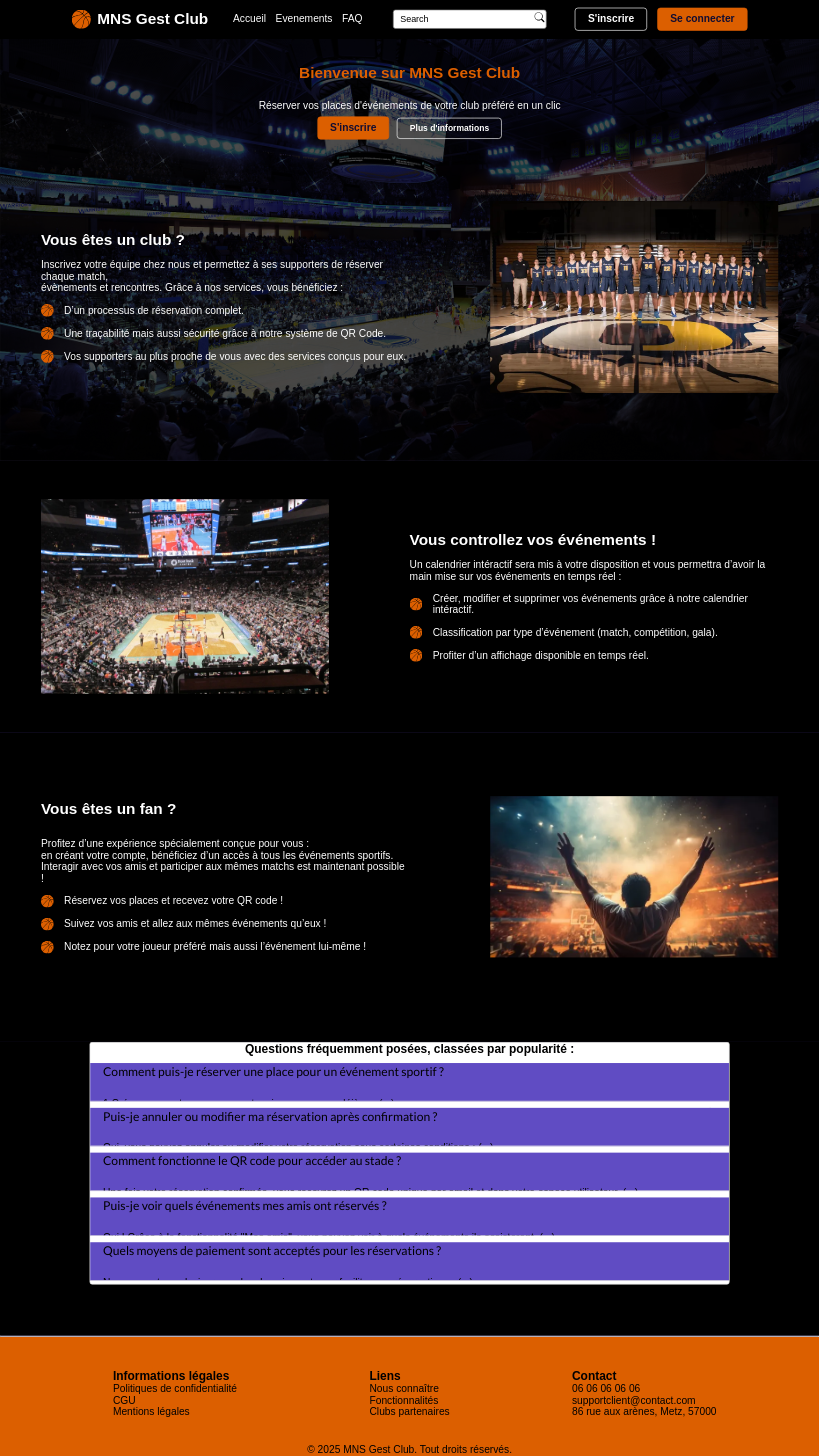
Repository: Sgrini/projetfilrouge
Page: http://localhost/
These files come from the project's save history. The page is drawn as it stood at one moment and after the next save; the edit follows.
The browser window is 1280 px wide. The pictures show the whole page, at 64% of full size.
Some web fonts or font styles are not loaded; a fallback is used. The page is run by PHP 8.4 with error messages shown; the project is at /var/www/html/.

Above is the page before, as saved 2025-05-07 11:47:12.

### index.php
<?php require_once $_SERVER['DOCUMENT_ROOT'] . '/admin/include/auth.php';
?>


<!DOCTYPE html>
<html lang="fr">

<head>
  <meta charset="UTF-8" />
  <meta name="viewport" content="width=device-width, initial-scale=1.0" />
  <link rel="stylesheet" href="https://cdnjs.cloudflare.com/ajax/libs/font-awesome/6.7.2/css/all.min.css" />
  <link rel="stylesheet" href="/style/main.css" />
  <title>MNS Gest Club</title>
</head>

<body>
  <!-- HEADER: Barre de navigation principale -->
  <header>
    <div class="container">
      <div class="navbar">
        <div class="logo">
          <img src="./img/basketballicon.svg" alt="basket icon" />
          <a href="index.html">MNS Gest Club</a>
        </div>
        <div class="navbar__main">
          <ul class="links">
            <li><a class="nav__link" href="index.php">Accueil</a></li>
            <li><a class="nav__link" href="events.php">Evenements</a></li>
            <li><a class="nav__link" href="#foire_aux_questions">FAQ</a></li>
          </ul>
          <!-- Champ de recherche -->
          <div class="search">
            <input placeholder="Search" class="navbar__input" type="text" />
            <button class="navbar__button">
              <svg viewBox="0 0 16 16" class="bi bi-search" fill="currentColor" height="16" width="16"
                xmlns="http://www.w3.org/2000/svg">
                <path
                  d="M11.742 10.344a6.5 6.5 0 1 0-1.397 1.398h-.001q.044.06.098.115l3.85 3.85a1 1 0 0 0 1.415-1.414l-3.85-3.85a1 1 0 0 0-.115-.1zM12 6.5a5.5 5.5 0 1 1-11 0 5.5 5.5 0 0 1 11 0">
                </path>
              </svg>
            </button>
          </div>
          <!-- Boutons d'inscription et de connexion -->
          <div class="buttons">
            <?php if (!isset($_SESSION['utilisateur_id'])): ?>

              <a href="signup.php" class="action-button pro">S'inscrire</a>
              <a href="/admin/login.php" class="action-button">Se connecter</a>
            <?php else: ?>
              <a href="/admin/logout.php" class="action-button">Se déconnecter</a>
            <?php endif; ?>
          </div>
        </div>
      </div>
      <div class="burger-menu">
        <div class="burger-menu__nav">
          <a class="burger__logo">
            <img src="./img/basketballicon.svg" alt="" />
          </a>
          <div class="burger__btn">
            <i class="fa-solid fa-bars"></i>
          </div>
        </div>
        <ul class="burger-menu__links">
          <li><a href="index.html">Accueil</a></li>
          <li><a href="events.html">Evenements</a></li>
          <li><a href="about">Coach</a></li>
          <li><a href="contact">Communauté</a></li>
          <div class="divider"></div>
          <div class="buttons-burger-menu open">
            <a href="signup.html" class="action-button pro">S'inscrire</a>
            <a href="login.html" class="action-button">Se connecter</a>
          </div>
        </ul>
      </div>
    </div>
  </header>
  <!-- SECTION HERO: Introduction du site -->
  <section class="hero">
    <div class="hero__overlay"></div>
    <!-- Effet de contraste -->
    <div class="hero__header">
      <h1>Bienvenue sur MNS Gest Club</h1>
      <div class="hero__header-text">
        <p>
          Réserver vos places d'événements de votre club préféré en un clic
        </p>
      </div>
      <div class="hero__header-cta">
        <?php if (!isset($_SESSION['utilisateur_id'])): ?>

          <button class="btn btn-signup">S'inscrire</button>
          <button class="action-button pro">Plus d'informations</button>
        <?php else: ?>
          <a href="events.php" class="action-button">Voir les événements</a>
        <?php endif; ?>
      </div>
    </div>
    <!-- SECTION CLUB: Inscription des clubs -->
    <div class="hero__main">
      <div class="hero__main-left">
        <h2>Vous êtes un club ?</h2>
        <p>
          Inscrivez votre équipe chez nous et permettez à ses supporters de
          réserver chaque match,<br />évènements et rencontres. Grâce à nos
          services, vous bénéficiez :
        </p>
        <ul class="hero__main-left-list">
          <li>
            <img src="/img/basketballicon.svg" alt="Basket icon" />
            <p>D’un processus de réservation complet.</p>
          </li>
          <li>
            <img src="/img/basketballicon.svg" alt="Basket icon" />
            <p>
              Une traçabilité mais aussi sécurité grâce à notre système de QR
              Code.
            </p>
          </li>
          <li>
            <img src="/img/basketballicon.svg" alt="Basket icon" />
            <p>
              Vos supporters au plus proche de vous avec des services conçus
              pour eux.
            </p>
          </li>
        </ul>
      </div>
      <div class="hero__main-right">
        <img src="/img/basketclub.webp" alt="" />
      </div>
    </div>
  </section>
  <!-- SECTION ÉVÉNEMENTS: Gestion des événements -->
  <section class="features">
    <div class="features__main">
      <div class="features__main-left">
        <img src="/img/basketevents.webp" alt="" />
      </div>
      <div class="features__main-right">
        <h2>Vous controllez vos événements !</h2>
        <p>
          Un calendrier intéractif sera mis à votre disposition et vous
          permettra d’avoir la main mise sur vos événements en temps réel :
        </p>
        <ul class="features__main-right-list">
          <li>
            <img src="/img/basketballicon.svg" alt="Basket icon" />
            <p>
              Créer, modifier et supprimer vos événements grâce à notre
              calendrier intéractif.
            </p>
          </li>
          <li>
            <img src="/img/basketballicon.svg" alt="Basket icon" />
            <p>
              Classification par type d’événement (match, compétition, gala).
            </p>
          </li>
          <li>
            <img src="/img/basketballicon.svg" alt="Basket icon" />
            <p>Profiter d’un affichage disponible en temps réel.</p>
          </li>
        </ul>
      </div>
    </div>
  </section>
  <!-- SECTION FAN: Fonctionnalités pour les supporters -->
  <section class="last__section">
    <div class="last__main">
      <div class="last__main-left">
        <h2>Vous êtes un fan ?</h2>
        <p></p>
        <ul class="last__main-left-list">
          <li>
            <p>
              Profitez d’une expérience spécialement conçue pour vous : <br />
              en créant votre compte, bénéficiez d’un accès à tous les
              événements sportifs. <br />
              Interagir avec vos amis et participer aux mêmes matchs est
              maintenant possible !
            </p>
          </li>
          <li>
            <img src="/img/basketballicon.svg" alt="Basket icon" />
            <p>Réservez vos places et recevez votre QR code !</p>
          </li>
          <li>
            <img src="/img/basketballicon.svg" alt="Basket icon" />
            <p>Suivez vos amis et allez aux mêmes événements qu’eux !</p>
          </li>
          <li>
            <img src="/img/basketballicon.svg" alt="Basket icon" />
            <p>
              Notez pour votre joueur préféré mais aussi l’événement lui-même
              !
            </p>
          </li>
        </ul>
      </div>
      <div class="last__main-right">
        <img src="/img/basketfan.webp" alt="calendrier" />
      </div>
    </div>
  </section>
  <!-- SECTION FAQ: Questions fréquentes -->
  <section id="foire_aux_questions" class="section__faq">
    <div class="faq">
      <h3>Questions fréquemment posées, classées par popularité :</h3>
      <input id="faq-a" type="checkbox" />
      <label for="faq-a">
        <p class="faq-heading">
          Comment puis-je réserver une place pour un événement sportif ?
        </p>
        <div class="faq-arrow"></div>
        <p class="faq-text">
          1.Créer un compte ou se connecter si vous en avez déjà un. (...)<br />
          2.Parcourir les événements disponibles via le calendrier
          interactif.<br />
          3.Sélectionner l’événement souhaité et consulter les places
          disponibles par catégorie (tribune, VIP, standard).<br />
          4. Choisir votre place (limité à 2 places par adhérent ).<br />
          5. Confirmer votre réservation et recevoir un email de confirmation
          avec votre QR code d’accès. <br />
          <strong>
            Le jour de l’événement, présentez votre QR code à l’entrée pour
            valider votre présence !</strong>
        </p>
      </label>
      <input id="faq-b" type="checkbox" />
      <label for="faq-b">
        <p class="faq-heading">
          Puis-je annuler ou modifier ma réservation après confirmation ?
        </p>
        <div class="faq-arrow"></div>
        <p class="faq-text">
          Oui, vous pouvez annuler ou modifier votre réservation sous
          certaines conditions : (...)<br />
          1.Annulation : Vous pouvez annuler votre réservation directement
          depuis votre espace utilisateur, dans la section "Mes réservations".
          Une confirmation vous sera envoyée par email. Attention, des délais
          d’annulation peuvent s’appliquer en fonction de l’événement.<br />
          2.Modification : Si vous souhaitez changer de place ou d’événement,
          vous devrez d’abord annuler votre réservation actuelle, puis
          effectuer une nouvelle réservation (sous réserve de
          disponibilité).<br />
          <strong>
            En cas de question, n’hésitez pas à contacter le support via
            l’application.
          </strong>
        </p>
      </label>
      <input id="faq-c" type="checkbox" />
      <label for="faq-c">
        <p class="faq-heading">
          Comment fonctionne le QR code pour accéder au stade ?
        </p>
        <div class="faq-arrow"></div>
        <p class="faq-text">
          Une fois votre réservation confirmée, vous recevrez un QR code
          unique par email et dans votre espace utilisateur. (...) <br />
          <strong> Le jour de l’événement : </strong><br />
          1.Présentez votre QR code à l’entrée du stade (sur votre téléphone
          ou imprimé). <br />
          2.Un agent ou une borne automatique scannera votre code pour valider
          votre accès. <br />
          3.Une fois validé, vous pourrez entrer et profiter du match ! <br />
          <strong>
            Ce système permet un accès rapide et sécurisé, tout en
            garantissant la traçabilité des présences.</strong>
        </p>
      </label>
      <input id="faq-d" type="checkbox" />
      <label for="faq-d">
        <p class="faq-heading">
          Puis-je voir quels événements mes amis ont réservés ?
        </p>
        <div class="faq-arrow"></div>
        <p class="faq-text">
          Oui ! Grâce à la fonctionnalité "Mes amis", vous pouvez voir à quels
          événements ils assisteront. (...) <br />
          <strong> Voici comment ça fonctionne : </strong><br />
          1.Ajoutez des amis à votre liste via leur nom d’utilisateur ou
          email.
          <br />
          2.Consultez la liste des événements auxquels ils ont réservé des
          places. <br />
          3.Réservez à votre tour pour les rejoindre et vivre l’expérience
          ensemble ! <br />
          <strong>
            Cette fonctionnalité vous permet de partager des moments sportifs
            avec vos proches et de mieux organiser vos sorties.
          </strong>
        </p>
      </label>
      <input id="faq-e" type="checkbox" />
      <label for="faq-e">
        <p class="faq-heading">
          Quels moyens de paiement sont acceptés pour les réservations ?
        </p>
        <div class="faq-arrow"></div>
        <p class="faq-text">
          Nous acceptons plusieurs modes de paiement pour faciliter vos
          réservations : (...)<br />
          1.Carte bancaire (Visa, Mastercard, etc.) <br />
          2.Paiement en ligne sécurisé via des plateformes comme PayPal ou
          Stripe <br />
          3.Portefeuilles numériques (Apple Pay, Google Pay) <br />
          4.Possibilité de paiement sur place (si disponible pour certains
          événements) <br />
          <strong>Toutes les transactions sont sécurisées et protégées selon les
            normes en vigueur. Vous recevrez une confirmation par email dès
            que votre paiement sera validé.</strong>
        </p>
      </label>
    </div>
  </section>
  <hr />
  <footer>
    <div class="footer__contenu-wrapper">
      <div class="contenu-footer">
        <div class="footer__bloc-wrapper">
          <div class="bloc">
            <h3>Informations légales</h3>
            <ul class="liste-services">
              <li><a href="#">Politiques de confidentialité</a></li>
              <li><a href="#">CGU</a></li>
              <li><a href="#">Mentions légales</a></li>
            </ul>
          </div>
        </div>
        <div class="footer__bloc-wrapper">
          <div class="bloc">
            <h3>Liens</h3>
            <ul class="liste-informations">
              <li>Nous connaître</li>
              <li>Fonctionnalités</li>
              <li>Clubs partenaires</li>
            </ul>
          </div>
        </div>
        <!-- FOOTER: Informations légales et contact -->
        <div class="footer__bloc-wrapper">
          <div class="bloc footer-contact" id="contact">
            <h3>Contact</h3>
            <ul>
              <li>06 06 06 06 06</li>
              <li>supportclient@contact.com</li>
              <li>86 rue aux arènes, Metz, 57000</li>
            </ul>
          </div>
        </div>
      </div>
      <p class="copyright">© 2025 MNS Gest Club. Tout droits réservés.</p>
    </div>
  </footer>

  <script src="script.js"></script>
</body>

</html>

### admin/include/auth.php
<?php
session_start();

// fonction pour savoir si l'utilisateur connecter
function estConnecte(): bool
{
    return isset($_SESSION['utilisateur_id']);
}
function estAdmin(): bool
{
    return estConnecte() && isset($_SESSION['role_id']) && $_SESSION['role_id'] === '1';
}

### style/main.css
@import url("./style.css");
@import url("./navbar.css");
@import url("./login.css");
@import url("./hero.css");
@import url("./features.css");
@import url("./lastsection.css");
@import url("./faq.css");
@import url("./toggle.css");
@import url("./footer.css");
@import url("./responsive.css");
@import url("./events.css");
@import url("./buttons.css");
@import url("./admin.css");
@import url("./team.css");
@import url("./sidebar.css");
@import url("./signup.css");
@import url("./shop.css");

### style/navbar.css
.navbar {
  width: 100%;
  max-width: 1440px;
  height: var(--navbar-height);
  display: flex;
  margin: 0 auto;
  justify-content: space-between;
  align-items: center;
  gap: 32px;
  background-color: rgba(0, 0, 0, 0.8);
}

.navbar__main {
  display: flex;
  justify-content: space-between;
  align-items: center;
  width: 100%;
}

.navbar__input {
  font-family: inherit;
  font-size: inherit;
  border: 1px solid #767676;
  color: #767676;
  padding: 5px 10px;
  border-radius: 4px;
  margin-right: -1.5rem;
  height: 30px;
  width: 15rem;
}

.navbar__input::-webkit-input-placeholder {
  font-weight: 400;
  /* color: #767676; */
  color: black;
  font-size: 14px;
}

.navbar__button {
  border: none;
  background-color: #fff;
  margin-top: 0.1em;
}

.navbar__button:hover {
  cursor: pointer;
}

.navbar input:focus {
  outline: none;
}

.navbar .logo {
  min-width: 220px;
  display: flex;
  justify-content: flex-start;
}
.navbar .logo a {
  font-size: 1.5rem;
  font-weight: bold;
}

.navbar .links {
  display: flex;
  gap: 2rem;
  justify-content: space-between;
  align-items: center;
}

.nav__link:hover {
  color: #dc5f00;
}

@media (max-width: 1400px) {
  .navbar {
    padding: 10px;
  }

  .navbar .links {
    gap: 15px;
  }

  .buttons {
    gap: 5px;
  }
}
@media (max-width: 1200px) {
  .navbar {
    flex-direction: column;
    align-items: center;
    gap: 10px;
  }

  .navbar .links {
    flex-direction: column;
    text-align: center;
  }

  .buttons {
    width: 100%;
    display: flex;
    justify-content: center;
  }
}

.navbar .burger-menu-bottom {
  color: #fff;
  font-size: 1.5rem;
  cursor: pointer;
  display: none;
}

### style/toggle.css
.burger-menu {
  display: none;
  /* height: 310px; */
  right: 2rem;
  width: 100%;
  background-color: rgba(0, 0, 0, 0.2);
  backdrop-filter: blur(15px);
  border-radius: 10px;
  overflow: hidden;
  transition: height 0.2s cubic-bezier(0.175, 0.885, 0.32, 1.275);
}
.burger-menu__nav {
  display: flex;
  justify-content: space-between;
  align-items: center;
  width: 100%;
  gap: 1rem;
  height: 100%;
  padding: 8px;
  position: relative;
  transition: all 0.3s ease;
}
.burger__btn i {
  color: white;
  font-size: 26px;
}
.burger .burger__logo {
  width: 100px;
  height: 30px;
}
.burger-menu__links.open {
  height: 310px;
}
.burger-menu__links {
  height: 0px;
  transition: height 0.2s ease-in-out;
}
.burger-menu li {
  padding: 0.7rem;
  display: flex;
  justify-content: center;
  align-items: center;
}

.divider {
  height: 1px;
  background-color: #fff;
  width: 80%;
  margin-left: auto;
  margin-right: auto;
  margin-bottom: 1rem;
}

.burger-menu .action-button {
  width: 80%;
  display: flex;
  justify-content: center;
  align-items: center;
}

.buttons-burger-menu {
  display: flex;
  flex-direction: column;
  justify-content: center;
  align-items: center;
  gap: 10px;
}

@media (max-width: 1200px) {
  .navbar {
    display: none;
  }
  .burger-menu {
    display: block;
  }
}

### style/footer.css
footer {
  flex-shrink: 1;
  border-top: 1px #000;
  width: 100%;
  background: var(--primary-color);
  color: black;
  z-index: 2;
}
footer h1 {
  font-size: 10vw;
  text-align: center;
  margin-top: 20px;
  color: #333;
}

.contenu {
  /* grow shrink basis */
  flex: 1 0 auto;
}

.contenu p {
  padding: 5vw 10vw;
  text-align: justify;
}

.contenu-footer {
  display: grid;
  grid-template-columns: 100%;
  justify-content: center;
  padding: 50px 0 30px;
}

.footer__contenu-wrapper {
  margin-left: 20px;
  margin-right: 20px;
}

.footer__bloc-wrapper {
  display: block;
  width: 100%;
  margin-bottom: 12px;
}

/* .bloc {
  margin-left: auto;
  margin-bottom: auto;
} */

/* contact */

.footer-contact p {
  padding: 16px 0;
}

/* Services */

.liste-services,
.liste-information {
  list-style-type: none;
  cursor: pointer;
}

.liste-services a {
  color: black;
}

.copyright {
  text-align: center;
}

@media (min-width: 576px) {
  .footer__contenu-wrapper {
    margin-left: 30px;
    margin-right: 30px;
  }
  .contenu-footer {
    grid-template-columns: repeat(2, 1fr);
  }
}

@media (min-width: 768px) {
  .footer__contenu-wrapper {
    margin-left: 60px;
    margin-right: 60px;
  }
  .contenu-footer {
    grid-template-columns: repeat(3, 1fr);
  }
  .footer__bloc-wrapper {
    display: flex;
    align-items: center;
    justify-content: center;
  }
}

@media (min-width: 992px) {
  .footer__contenu-wrapper {
    margin-left: 90px;
    margin-right: 90px;
  }
  .contenu-footer {
    grid-template-columns: repeat(3, 1fr);
  }
}

### style/responsive.css
@media (min-width: 576px) {
    .container {
        max-width: 540px;
    }
}
@media (min-width: 768px) {
    .container {
        max-width: 720px;
    }
}
@media (min-width: 992px) {
    .container {
        max-width: 960px;
    }
}
@media (min-width: 1200px) {
    .container {
        max-width: 1140px;
    }
}
@media (min-width: 1400px) {
    .container {
        max-width: 1320px;
    }
}

### style/events.css
.events__section {
  margin-top: 60px;
  padding-top: 60px;
  margin-bottom: 8rem;
}

.events__current {
  padding-top: 2rem;
  display: flex;
  flex-wrap: wrap;
}

.events__img-wrapper {
  flex: 100%;
}

@media (min-width: 992px) {
  .events__img-wrapper {
    flex: 0 0 50%;
    padding-left: 2rem;
    padding-right: 2rem;
    order: 1;
  }
}

.events__img {
  width: 100%;
}

.events__current-details {
  flex: 0 0 100%;
  margin-bottom: 2rem;
}

@media (min-width: 992px) {
  .events__current-details {
    flex: 0 0 50%;
    padding-left: 2rem;
    padding-right: 2rem;
    order: 2;
    margin-top: auto;
    margin-bottom: auto;
  }
}

.events__current-details-title {
  margin-bottom: 1rem;
  font-size: 1.8rem;
}

.events__all-button {
  background-color: white;
  color: black;
  border: 1px solid black;
  padding: 10px 20px;
  text-decoration: none;
  cursor: pointer;
  margin-top: 4rem;
}

.events__incoming-button {
  all: unset;
  text-decoration: underline;
  cursor: pointer;
}

### style/team.css
.team__wrapper {
  max-width: 780px;
  margin: auto;
  margin-top: 80px;
  margin-bottom: 90px;
  background: white;
  padding: 20px;
  border-radius: 10px;
  box-shadow: 0px 0px 10px rgba(0, 0, 0, 0.1);
  width: calc(100% - 260px);
  padding: 20px;
}

table {
  width: 100%;
  border-collapse: collapse;
  margin-top: 10px;
}
th,
td {
  border: 1px solid #ddd;
  padding: 10px;
  text-align: left;
}
th {
  background-color: #f4f4f4;
}
.gerer {
  display: flex;
  gap: 10px;
}
.card-wrapper {
  display: flex;
  gap: 20px;
  margin-top: 20px;
}
.card {
  flex: 1;
  background: white;
  padding: 15px;
  border-radius: 8px;
  box-shadow: 0px 0px 5px rgba(0, 0, 0, 0.1);
}
.add-button {
  background-color: black;
  color: white;
  padding: 10px 15px;
  border: none;
  cursor: pointer;
  border-radius: 5px;
  margin-top: 10px;
}
.add-button:hover {
  background-color: var(--primary-color);
  color: black;
  border: 1px solid #fff;
  font-size: medium;
}

### style/sidebar.css
.sidebar {
  width: 280px;
  background: #dc5f00;
  /* opacity: 80%; */
  padding: 20px;
  height: 100vh;
  left: 0;
  top: 0;
  position: fixed;
}

.sidebar h2 {
  font-size: 18px;
  margin-bottom: 20px;
  color: white;
}

.sidebar ul {
  list-style: none;
}

.sidebar ul li {
  padding: 10px 0;
  font-size: 16px;
  cursor: pointer;
  color: white;
}

.sidebar ul li:hover {
  background: #373a40;
  padding-left: 5px;
  border-radius: 10%;
}

### style/signup.css
/* Formulaire */
main {
  display: flex;
  justify-content: center;
  align-items: center;
  height: 80vh;
}

.form__signup-container {
  width: 100%;
  background: white;
  padding: 20px 30px;
  border-radius: 10px;
  box-shadow: 0px 4px 10px rgba(0, 0, 0, 0.1);
  width: 500px;
  text-align: center;
  margin: 0 auto;
}

.signup__main {
  margin-top: 110px;
  margin-bottom: 120px;
}

select {
  width: 100%;
  padding: 10px;
  margin: 10px 0;
  border: 1px solid #ccc;
  border-radius: 5px;
  font-size: 14px;
}

.input-group {
  display: flex;
  gap: 10px;
}

.input-group input {
  width: 50%;
}

.radio-group {
  display: flex;
  justify-content: center;
  align-items: center;
  gap: 15px;
  margin: 10px 0;
}

.signup__gender-choice {
  height: 50%;
}

button:hover {
  background-color: #333;
}

### style/shop.css
.shop__container {
  margin-top: 90px;
  max-width: 996px;
  margin-left: 270px;
  margin-bottom: 80px;
}

.search-filters {
  display: flex;
  gap: 10px;
  margin-bottom: 15px;
}

.search-filters input,
.search-filters select {
  padding: 10px;
  border: 1px solid #ddd;
  border-radius: 5px;
  flex: 1;
}

.filters {
  display: flex;
  gap: 10px;
  margin-bottom: 20px;
}

.filters button {
  padding: 8px 15px;
  border: none;
  background: #ddd;
  border-radius: 5px;
  cursor: pointer;
}

.events {
  display: flex;
  gap: 50px;
  justify-content: space-between;
}

.event-card {
  background: white;
  border-radius: 8px;
  overflow: hidden;
  width: 150%;
  box-shadow: 0px 0px 5px rgba(0, 0, 0, 0.1);
  text-align: center;
}

.event-img {
  background: #e0e0e0;
  height: 150px;
}

.event-info {
  padding: 15px;
}

.event-info h3 {
  font-size: 16px;
  display: flex;
  justify-content: space-between;
  align-items: center;
}

.price {
  font-weight: bold;
  color: black;
}

.event-info p {
  font-size: 14px;
  color: #555;
  margin: 5px 0;
}

.event-info button {
  background: black;
  color: white;
  padding: 8px 15px;
  border: none;
  width: 100%;
  margin-top: 10px;
  cursor: pointer;
}

.pagination {
  display: flex;
  justify-content: center;
  gap: 5px;
  margin-top: 20px;
}

.pagination button {
  padding: 5px 10px;
  border: 1px solid #ddd;
  background: white;
  cursor: pointer;
}

.pagination .active {
  background: black;
  color: white;
}

Loaded but not shown: img/basketballicon.svg (60 lines, source omitted); script.js (10 lines, source omitted); style/login.css (146 lines, source omitted); style/lastsection.css (170 lines, source omitted); style/faq.css (105 lines, source omitted); style/buttons.css (131 lines, source omitted); style/admin.css (139 lines, source omitted); style/style.css (127 lines, source omitted); style/features.css (109 lines, source omitted); style/hero.css (109 lines, source omitted)

After the next save:
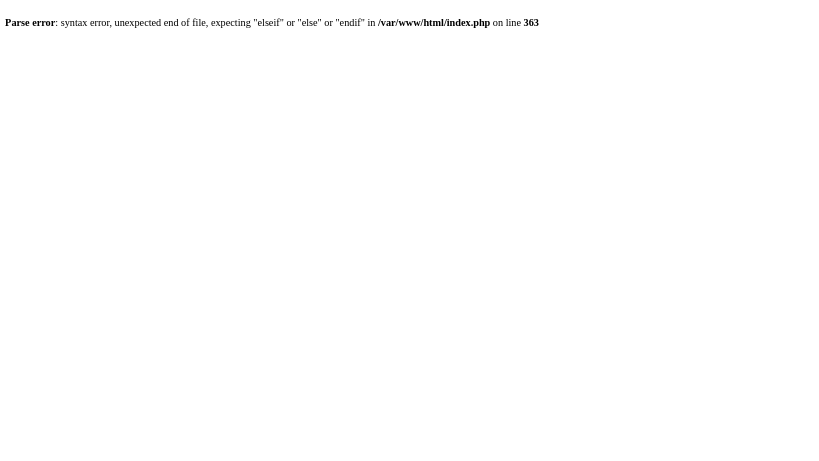
Saved 11 min 24 s later.
--- a/index.php
+++ b/index.php
@@ -25,8 +25,10 @@
         <div class="navbar__main">
           <ul class="links">
             <li><a class="nav__link" href="index.php">Accueil</a></li>
+            <?php if (!isset($_SESSION['role_id']) && $_SESSION['role_id'] == 1 ) : ?>
             <li><a class="nav__link" href="events.php">Evenements</a></li>
             <li><a class="nav__link" href="#foire_aux_questions">FAQ</a></li>
+
           </ul>
           <!-- Champ de recherche -->
           <div class="search">
